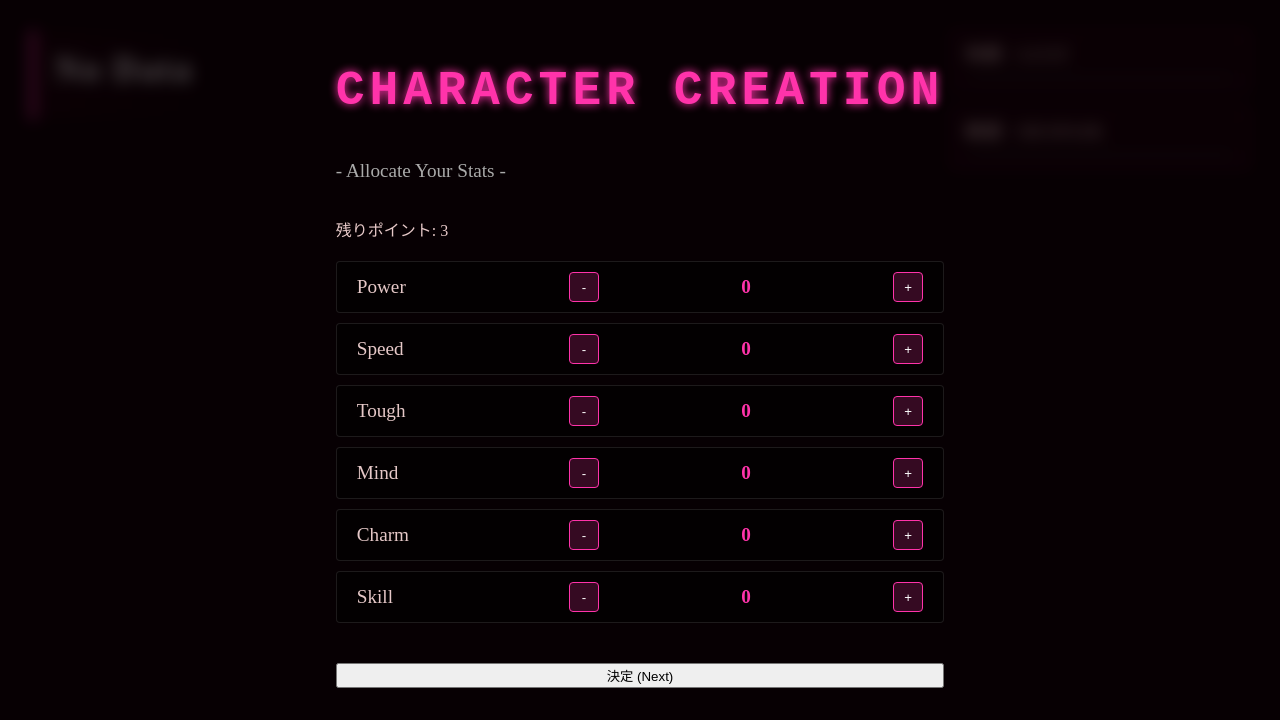
Repository: chatgdpkuesuto-sys/quest-rpg
Page: 00_Dashboard/index.html
The author's editor kept a copy of each file at every save. The page is drawn from the files as they stood at one save, then again after the next save.
The browser window is 1280 px wide. The pictures show the whole page.
Some web fonts or font styles are not loaded; a fallback is used.

Above is the page before, as saved 2026-02-20 10:31:40.

### 00_Dashboard/index.html
<!DOCTYPE html>
<html lang="ja">

<head>
    <meta charset="UTF-8">
    <meta name="viewport" content="width=device-width, initial-scale=1.0">
    <title>MACHADUN - Ultimate Eroge TRPG Engine</title>
    <link rel="stylesheet" href="style.css">
    <!-- Google Fonts: Shippori Mincho for a cinematic novel feel -->
    <link href="https://fonts.googleapis.com/css2?family=Shippori+Mincho:wght@400;500;700;800&display=swap"
        rel="stylesheet">
</head>

<body>
    <!-- 🌟 Browser Audio Autoplay Policy Button & Character Selection 🌟 -->
    <div id="init-overlay">
        <!-- Step 1: Stat Allocation -->
        <div class="init-dialog" id="stat-dialog">
            <h1 class="init-title">CHARACTER CREATION</h1>
            <p class="init-sub">- Allocate Your Stats -</p>
            <p class="init-hint">残りポイント: <span id="remaining-points">3</span></p>

            <div class="stat-grid">
                <div class="stat-row"><span>Power</span> <button onclick="adjStat('power', -1)">-</button> <span
                        id="val-power">0</span> <button onclick="adjStat('power', 1)">+</button></div>
                <div class="stat-row"><span>Speed</span> <button onclick="adjStat('speed', -1)">-</button> <span
                        id="val-speed">0</span> <button onclick="adjStat('speed', 1)">+</button></div>
                <div class="stat-row"><span>Tough</span> <button onclick="adjStat('tough', -1)">-</button> <span
                        id="val-tough">0</span> <button onclick="adjStat('tough', 1)">+</button></div>
                <div class="stat-row"><span>Mind</span> <button onclick="adjStat('mind', -1)">-</button> <span
                        id="val-mind">0</span> <button onclick="adjStat('mind', 1)">+</button></div>
                <div class="stat-row"><span>Charm</span> <button onclick="adjStat('charm', -1)">-</button> <span
                        id="val-charm">0</span> <button onclick="adjStat('charm', 1)">+</button></div>
                <div class="stat-row"><span>Skill</span> <button onclick="adjStat('skill', -1)">-</button> <span
                        id="val-skill">0</span> <button onclick="adjStat('skill', 1)">+</button></div>
            </div>

            <button class="char-btn" style="margin-top: 20px; width: 100%;" onclick="confirmStats()">決定 (Next)</button>
        </div>

        <!-- Step 2: Target Selection -->
        <div class="init-dialog" id="target-dialog" style="display: none;">
            <h1 class="init-title">MACHADUN</h1>
            <p class="init-sub">- Choose your Target -</p>
            <div class="char-select-grid">
                <button class="char-btn" onclick="startGame('Aria', 'アリア')">アリア</button>
                <button class="char-btn" onclick="startGame('Zena', 'ゼナ')">ゼナ</button>
                <button class="char-btn" onclick="startGame('Elara', 'エララ')">エララ</button>
                <button class="char-btn" onclick="startGame('Elize', 'エリーゼ')">エリーゼ</button>
                <button class="char-btn" onclick="startGame('Yuni', 'ユニ')">ユニ</button>
                <button class="char-btn" onclick="startGame('Mia', 'ミア')">ミア</button>
            </div>
            <button class="char-btn back-btn" style="margin-top: 20px; width: 100%; opacity: 0.7;"
                onclick="backToStats()">戻る (Back)</button>
            <p class="init-hint">※ クリックで音声が有効化され、シナリオが開始します。</p>
        </div>
    </div>

    <!-- 動的な背景CG/イラストコンテナ -->
    <div id="bg-container"></div>

    <!-- 狂気・発情エフェクト用オーバーレイ -->
    <div id="blood-overlay"></div>
    <div id="glitch-overlay"></div>

    <!-- 音声プレイヤー -->
    <audio id="voice-player" preload="none"></audio>

    <!-- UI レイヤー -->
    <div id="ui-layer">

        <!-- 左上：キャラクター情報＆ステータス簡易表示 -->
        <div id="character-info-panel">
            <h2 id="char-name">No Data</h2>
            <div id="char-attributes"></div>
        </div>

        <!-- 右上：ゲージ系装飾（侵食度、絶望度など） -->
        <div id="status-panel">
            <div class="status-bar-container">
                <span class="status-label">快感 / LUST</span>
                <div class="progress-bar">
                    <div id="arousal-fill" class="progress-fill arousal"></div>
                </div>
            </div>
            <div class="status-bar-container">
                <span class="status-label">絶望 / DESPAIR</span>
                <div class="progress-bar">
                    <div id="despair-fill" class="progress-fill despair"></div>
                </div>
            </div>
        </div>

        <!-- 画面中央〜下部：シネマティックなモノローグ（GMテキスト） -->
        <div id="monologue-container">
            <!-- JavaScriptでテキストが流し込まれる -->
        </div>

        <!-- 画面下部：キャラクターのセリフ（ノベルゲーム風フルテキスト） -->
        <div id="dialogue-box">
            <div id="dialogue-name"></div>
            <div id="dialogue-text"></div>
        </div>

    </div>

    <!-- インタラクション層（クリック取得用、透明） -->
    <!-- ユーザーの要望通り、クリックで画像を変えず、状態を投げるだけに特化する -->
    <div id="interaction-layer"></div>

    <!-- スクリプト群 -->
    <script src="js/engine.js"></script>
    <script src="js/interaction.js"></script>
</body>

</html>

### 00_Dashboard/style.css
:root {
    --neon-pink: #ff33aa;
    --deep-red: #cc0000;
    --dark-bg: #0a0005;
    --panel-bg: rgba(15, 0, 5, 0.85);
    --border-color: rgba(255, 51, 170, 0.4);
    --text-color: #e6c8c8;
}

body,
html {
    margin: 0;
    padding: 0;
    width: 100%;
    height: 100%;
    overflow: hidden;
    background-color: var(--dark-bg);
    font-family: 'Shippori Mincho', "Noto Serif JP", serif;
    color: var(--text-color);
    user-select: none;
}

/* ========================================================== */
/* 背景レイヤー */
/* ========================================================== */
#bg-container {
    position: absolute;
    top: 0;
    left: 0;
    width: 100%;
    height: 100%;
    z-index: 1;
    background-size: cover;
    background-position: center;
    background-repeat: no-repeat;
    background-color: #000;
    transition: background-image 1.5s ease-in-out;
    /* ヌルっと変わるように */
}

/* ========================================================== */
/* エフェクトレイヤー */
/* ========================================================== */
#blood-overlay,
#glitch-overlay {
    position: absolute;
    top: 0;
    left: 0;
    width: 100%;
    height: 100%;
    pointer-events: none;
    z-index: 5;
}

#blood-overlay {
    box-shadow: inset 0 0 0px rgba(255, 0, 128, 0);
    transition: box-shadow 0.5s ease;
}

#glitch-overlay {
    background: repeating-linear-gradient(0deg,
            rgba(0, 0, 0, 0.1),
            rgba(0, 0, 0, 0.1) 1px,
            transparent 1px,
            transparent 2px);
    opacity: 0.3;
}

.pulse-extreme {
    animation: extremePulse 1s infinite alternate !important;
}

@keyframes extremePulse {
    0% {
        box-shadow: inset 0 0 50px rgba(255, 0, 128, 0.4);
        filter: brightness(1) sepia(0.2) hue-rotate(-10deg);
    }

    100% {
        box-shadow: inset 0 0 150px rgba(255, 20, 80, 0.7);
        filter: brightness(1.1) sepia(0.5) hue-rotate(-20deg) contrast(1.2);
    }
}

/* ========================================================== */
/* UI レイヤー */
/* ========================================================== */
#ui-layer {
    position: absolute;
    top: 0;
    left: 0;
    width: 100%;
    height: 100%;
    z-index: 10;
    pointer-events: none;
    /* UIの裏でクリック判定するため */
    display: flex;
    flex-direction: column;
    justify-content: space-between;
}

/* --- キャラクター情報 --- */
#character-info-panel {
    position: absolute;
    top: 30px;
    left: 30px;
    background: linear-gradient(90deg, var(--panel-bg), transparent);
    padding: 20px 40px 20px 20px;
    border-left: 5px solid var(--neon-pink);
    text-shadow: 2px 2px 4px #000;
}

#char-name {
    margin: 0 0 10px 0;
    font-size: 2.2rem;
    color: #fff;
    letter-spacing: 2px;
}

#char-attributes {
    font-size: 1.1rem;
    color: #ffb3e6;
    line-height: 1.6;
}

/* --- ステータスバー --- */
#status-panel {
    position: absolute;
    top: 30px;
    right: 30px;
    width: 300px;
    display: flex;
    flex-direction: column;
    gap: 15px;
}

.status-bar-container {
    background: var(--panel-bg);
    padding: 10px 15px;
    border: 1px solid var(--border-color);
    border-radius: 4px;
    box-shadow: 0 0 10px rgba(0, 0, 0, 0.8);
}

.status-label {
    display: block;
    margin-bottom: 8px;
    font-size: 1rem;
    font-weight: bold;
    letter-spacing: 2px;
    text-shadow: 1px 1px 2px #000;
}

.progress-bar {
    width: 100%;
    height: 8px;
    background: #111;
    border-radius: 4px;
    overflow: hidden;
}

.progress-fill {
    height: 100%;
    width: 0%;
    transition: width 1s cubic-bezier(0.25, 1, 0.5, 1);
}

.progress-fill.arousal {
    background: linear-gradient(90deg, #880044, var(--neon-pink));
    box-shadow: 0 0 10px var(--neon-pink);
}

.progress-fill.despair {
    background: linear-gradient(90deg, #550000, var(--deep-red));
    box-shadow: 0 0 10px var(--deep-red);
}

/* --- モノローグ (GMテキスト) --- */
#monologue-container {
    position: absolute;
    top: 40%;
    left: 50%;
    transform: translate(-50%, -50%);
    width: 85%;
    max-width: 1000px;
    display: flex;
    flex-direction: column;
    gap: 20px;
    align-items: center;
    text-align: center;
}

.monologue-text {
    font-size: 2.2rem;
    font-weight: 700;
    color: #fff;
    text-shadow: 0 0 10px #000, 0 0 20px #000, 0 0 30px rgba(255, 0, 100, 0.8);
    background: rgba(0, 0, 0, 0.6);
    padding: 15px 40px;
    border-radius: 8px;
    border: 1px solid rgba(255, 255, 255, 0.1);
    animation: mono-focus 0.8s ease-out forwards;
    line-height: 1.8;
}

.monologue-text strong,
.monologue-text .lust-text {
    color: #ff66cc;
    text-shadow: 0 0 15px #ff00aa;
}

.monologue-text .despair-text {
    color: #ff3333;
    text-shadow: 0 0 15px #ff0000;
}

@keyframes mono-focus {
    0% {
        opacity: 0;
        filter: blur(10px);
        transform: scale(1.1);
    }

    100% {
        opacity: 1;
        filter: blur(0px);
        transform: scale(1);
    }
}

.monologue-text.fade-out {
    animation: mono-fade 2s ease-in forwards;
}

@keyframes mono-fade {
    0% {
        opacity: 1;
        filter: blur(0px);
    }

    100% {
        opacity: 0;
        filter: blur(5px);
        transform: translateY(-20px);
    }
}

/* --- セリフウィンドウ (ノベルゲーム風) --- */
#dialogue-box {
    position: absolute;
    bottom: 40px;
    left: 50%;
    transform: translateX(-50%);
    width: 80%;
    max-width: 1200px;
    background: linear-gradient(180deg, rgba(10, 0, 5, 0.85) 0%, rgba(5, 0, 2, 0.95) 100%);
    border-top: 2px solid var(--border-color);
    border-bottom: 2px solid var(--border-color);
    box-shadow: 0 0 30px rgba(0, 0, 0, 0.8), inset 0 0 20px rgba(255, 51, 170, 0.1);
    padding: 30px 50px;
    box-sizing: border-box;
    display: none;
    /* テキストがない時は非表示 */
}

#dialogue-name {
    font-size: 1.8rem;
    font-weight: 800;
    color: #ffccf2;
    margin-bottom: 15px;
    letter-spacing: 2px;
    text-shadow: 0 0 5px rgba(255, 51, 170, 0.8);
}

#dialogue-text {
    font-size: 1.6rem;
    line-height: 2.0;
    color: #fff;
    text-shadow: 1px 1px 3px #000;
}

/* 脈打ちテキスト */
.heartbeat {
    display: inline-block;
    color: #ff99dd;
    animation: heartbeat 1.5s infinite;
}

@keyframes heartbeat {

    0%,
    28%,
    70% {
        transform: scale(1);
        text-shadow: 0 0 5px #ff66cc;
    }

    14%,
    42% {
        transform: scale(1.1);
        text-shadow: 0 0 15px #ff33aa;
    }
}

/* 画面揺れテキスト */
.shake {
    display: inline-block;
    color: #ff3333;
    animation: shake-text 0.5s infinite;
}

@keyframes shake-text {
    0% {
        transform: translate(1px, 1px) rotate(0deg);
    }

    25% {
        transform: translate(-2px, -1px) rotate(-1deg);
    }

    50% {
        transform: translate(1px, -2px) rotate(1deg);
    }

    75% {
        transform: translate(-1px, 2px) rotate(0deg);
    }

    100% {
        transform: translate(1px, 1px) rotate(0deg);
    }
}


/* ========================================================== */
/* インタラクション (クリックレイヤー) */
/* ========================================================== */
#interaction-layer {
    position: absolute;
    top: 0;
    left: 0;
    width: 100%;
    height: 100%;
    z-index: 999;
    cursor: crosshair;
}

/* クリックエフェクト */
.click-ripple {
    position: absolute;
    border-radius: 50%;
    transform: translate(-50%, -50%) scale(0);
    animation: ripple 0.6s ease-out forwards;
    pointer-events: none;
    z-index: 1000;
}

.click-ripple.left-click {
    border: 2px solid #ff33aa;
    background: rgba(255, 51, 170, 0.2);
    box-shadow: 0 0 20px #ff33aa;
}

.click-ripple.right-click {
    border: 2px solid #ff0000;
    background: rgba(255, 0, 0, 0.2);
    box-shadow: 0 0 20px #ff0000;
}

.click-ripple.middle-click {
    border: 2px solid #0080ff;
    background: rgba(0, 128, 255, 0.2);
    box-shadow: 0 0 20px #0080ff;
}

@keyframes ripple {
    0% {
        transform: translate(-50%, -50%) scale(0);
        opacity: 1;
    }

    100% {
        transform: translate(-50%, -50%) scale(1);
        opacity: 0;
    }
}

/* ========================================================== */
/* 初期化スクリーン */
/* ========================================================== */
#init-overlay {
    position: absolute;
    top: 0;
    left: 0;
    width: 100%;
    height: 100%;
    background: rgba(10, 0, 5, 0.7);
    backdrop-filter: blur(8px);
    z-index: 9999;
    display: flex;
    justify-content: center;
    align-items: center;
}

#init-audio {
    background: transparent;
    border: 2px solid var(--border-color);
    padding: 30px 60px;
    cursor: pointer;
    text-align: center;
    transition: all 0.3s;
}

#init-audio:hover {
    background: rgba(255, 51, 170, 0.1);
    box-shadow: 0 0 30px rgba(255, 51, 170, 0.5);
    border-color: var(--neon-pink);
}

#init-.char-btn:hover {
    background: rgba(255, 51, 170, 0.4);
    box-shadow: 0 0 20px rgba(255, 51, 170, 0.8);
    transform: scale(1.05);
}

.char-select-grid {
    display: grid;
    grid-template-columns: repeat(3, 1fr);
    gap: 15px;
    margin-top: 25px;
    width: 100%;
}

.stat-grid {
    display: flex;
    flex-direction: column;
    gap: 10px;
    margin: 20px 0;
    width: 100%;
}

.stat-row {
    display: flex;
    justify-content: space-between;
    align-items: center;
    background: rgba(0, 0, 0, 0.5);
    padding: 10px 20px;
    border: 1px solid rgba(255, 255, 255, 0.1);
    border-radius: 4px;
    font-size: 1.2rem;
}

.stat-row button {
    background: rgba(255, 51, 170, 0.2);
    border: 1px solid var(--neon-pink);
    color: white;
    width: 30px;
    height: 30px;
    cursor: pointer;
    border-radius: 4px;
}

.stat-row button:hover {
    background: var(--neon-pink);
}

.stat-row span:nth-child(1) {
    width: 80px;
    text-align: left;
}

.stat-row span:nth-child(3) {
    width: 30px;
    text-align: center;
    font-weight: bold;
    color: var(--neon-pink);
}

.init-title {
    font-family: monospace;
    font-size: 3rem;
    color: var(--neon-pink);
    text-shadow: 0 0 10px var(--neon-pink);
    letter-spacing: 5px;
}

.init-sub {
    font-size: 1.2rem;
    color: #aaa;
    margin-top: 10px;
    display: inline-block;
}

### 00_Dashboard/js/interaction.js
// ==============================================
// 00_Dashboard: Interaction Module
// ==============================================

document.addEventListener('DOMContentLoaded', () => {
    const interactionLayer = document.getElementById('interaction-layer');
    if (!interactionLayer) return;

    // 右クリックメニューを無効化
    document.addEventListener('contextmenu', event => event.preventDefault());

    interactionLayer.addEventListener('mousedown', (e) => {
        // クリック座標の計算 (0.0 ~ 100.0)
        const rect = interactionLayer.getBoundingClientRect();
        const x = ((e.clientX - rect.left) / rect.width) * 100;
        const y = ((e.clientY - rect.top) / rect.height) * 100;

        let actionType = 'LOVE'; // Left click
        let className = 'left-click';
        if (e.button === 1) { actionType = 'SPECIAL'; className = 'middle-click'; } // Middle click
        else if (e.button === 2) { actionType = 'LUST'; className = 'right-click'; } // Right click

        // クリックエフェクトの表示
        createRipple(e.clientX, e.clientY, className);

        // バックエンド（bridge.py）に送信
        sendAction(actionType, x, y);
    });
});

function createRipple(x, y, className) {
    const ripple = document.createElement('div');
    ripple.className = `click-ripple ${className}`;
    ripple.style.left = `${x}px`;
    ripple.style.top = `${y}px`;

    // rippleサイズ
    ripple.style.width = '100px';
    ripple.style.height = '100px';

    document.body.appendChild(ripple);

    setTimeout(() => {
        ripple.remove();
    }, 600);
}

function sendAction(type, x, y) {
    const payload = {
        action: type,
        x: x.toFixed(2),
        y: y.toFixed(2),
        time: Date.now()
    };

    console.log("Sending action:", payload);

    fetch('http://127.0.0.1:5000/action', {
        method: 'POST',
        headers: { 'Content-Type': 'application/json' },
        body: JSON.stringify(payload)
    }).catch(err => console.error("Communication error with bridge:", err));
}

Loaded but not shown: 00_Dashboard/js/engine.js (241 lines, source omitted)

After the next save:
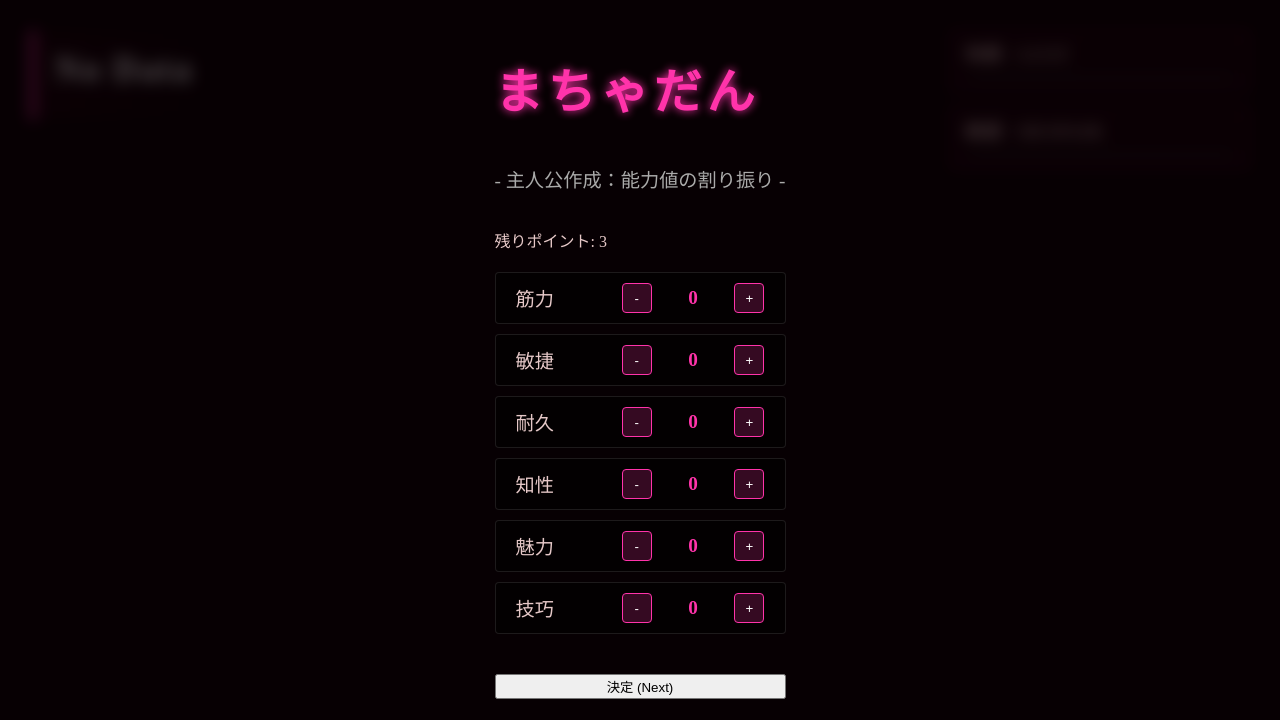
Saved 71 min 9 s later.
--- a/00_Dashboard/index.html
+++ b/00_Dashboard/index.html
@@ -16,22 +16,22 @@
     <div id="init-overlay">
         <!-- Step 1: Stat Allocation -->
         <div class="init-dialog" id="stat-dialog">
-            <h1 class="init-title">CHARACTER CREATION</h1>
-            <p class="init-sub">- Allocate Your Stats -</p>
+            <h1 class="init-title">まちゃだん</h1>
+            <p class="init-sub">- 主人公作成：能力値の割り振り -</p>
             <p class="init-hint">残りポイント: <span id="remaining-points">3</span></p>
 
             <div class="stat-grid">
-                <div class="stat-row"><span>Power</span> <button onclick="adjStat('power', -1)">-</button> <span
+                <div class="stat-row"><span>筋力</span> <button onclick="adjStat('power', -1)">-</button> <span
                         id="val-power">0</span> <button onclick="adjStat('power', 1)">+</button></div>
-                <div class="stat-row"><span>Speed</span> <button onclick="adjStat('speed', -1)">-</button> <span
+                <div class="stat-row"><span>敏捷</span> <button onclick="adjStat('speed', -1)">-</button> <span
                         id="val-speed">0</span> <button onclick="adjStat('speed', 1)">+</button></div>
-                <div class="stat-row"><span>Tough</span> <button onclick="adjStat('tough', -1)">-</button> <span
+                <div class="stat-row"><span>耐久</span> <button onclick="adjStat('tough', -1)">-</button> <span
                         id="val-tough">0</span> <button onclick="adjStat('tough', 1)">+</button></div>
-                <div class="stat-row"><span>Mind</span> <button onclick="adjStat('mind', -1)">-</button> <span
+                <div class="stat-row"><span>知性</span> <button onclick="adjStat('mind', -1)">-</button> <span
                         id="val-mind">0</span> <button onclick="adjStat('mind', 1)">+</button></div>
-                <div class="stat-row"><span>Charm</span> <button onclick="adjStat('charm', -1)">-</button> <span
+                <div class="stat-row"><span>魅力</span> <button onclick="adjStat('charm', -1)">-</button> <span
                         id="val-charm">0</span> <button onclick="adjStat('charm', 1)">+</button></div>
-                <div class="stat-row"><span>Skill</span> <button onclick="adjStat('skill', -1)">-</button> <span
+                <div class="stat-row"><span>技巧</span> <button onclick="adjStat('skill', -1)">-</button> <span
                         id="val-skill">0</span> <button onclick="adjStat('skill', 1)">+</button></div>
             </div>
 
@@ -40,8 +40,8 @@
 
         <!-- Step 2: Target Selection -->
         <div class="init-dialog" id="target-dialog" style="display: none;">
-            <h1 class="init-title">MACHADUN</h1>
-            <p class="init-sub">- Choose your Target -</p>
+            <h1 class="init-title">まちゃだん</h1>
+            <p class="init-sub">- 攻略対象を選択せよ -</p>
             <div class="char-select-grid">
                 <button class="char-btn" onclick="startGame('Aria', 'アリア')">アリア</button>
                 <button class="char-btn" onclick="startGame('Zena', 'ゼナ')">ゼナ</button>
